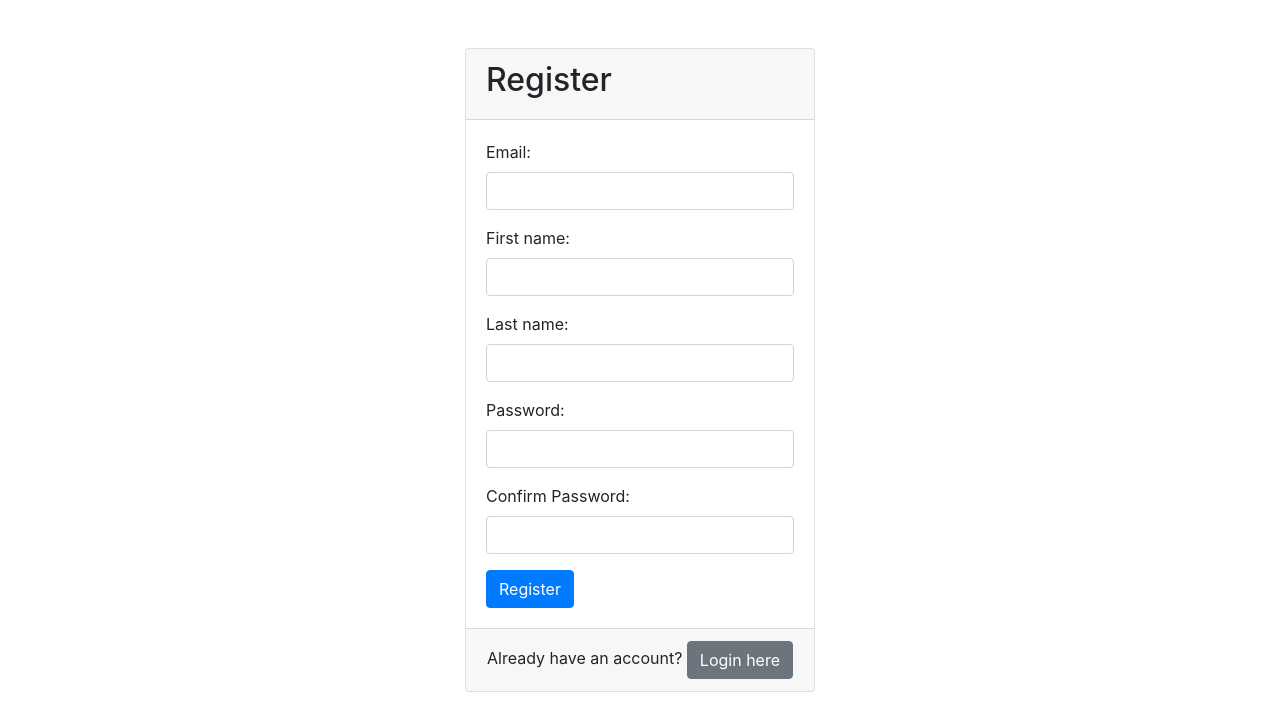
Repository: apps-eduard/TH_MONITORING_v1
Page: http://localhost/user_profile/register/
These files come from the project's save history. The page is drawn as it stood at one moment and after the next save; the edit follows.
The browser window is 1280 px wide. The pictures show the whole page.
Some web libraries are served in a nearby version. The page is served by the project's application, run on Django 5.2 (manage.py). Other server files are loaded and not shown.

Above is the page before, as saved 2024-03-26 13:43:06.

### user_profile/templates/user_profile/register.html
<!-- user_profile/register.html -->

{% extends 'base.html' %}

{% block content %}
<div class="container mt-5">
    <div class="row"> <!-- Add row class here -->
        <!-- Wrap form within a column div -->
        <div class="col-md-4 mx-auto">
            <!-- Bootstrap card container -->
            <div class="card">
                <!-- Card header (optional) -->
                <div class="card-header">
                    <h2>Register</h2>
                </div>
                <!-- Card body -->
                <div class="card-body">
                    <form method="post">
                        {% csrf_token %}
                        {{ form.as_p }}
                        <button type="submit" class="btn btn-primary">Register</button>
                    </form>
                </div>
                <!-- Card footer (optional) -->
                <div class="card-footer text-center">
                    Already have an account? <a href="{% url 'user_profile:login' %}" class="btn btn-secondary">Login here</a>
                </div>
            </div>
        </div>
    </div>
</div>
{% endblock %}





{% comment %} {% extends 'base.html' %}

{% block content %}
<div class="container">
    <h2>Register</h2>
    <form method="post">
        {% csrf_token %}
        {{ form.as_p }}
        <button type="submit" class="btn btn-primary">Register</button>
        <!-- Add a Cancel button/link -->
        <a href="{% url 'user_profile:login' %}" class="btn btn-secondary">Cancel</a>
    </form>
</div>
{% endblock %} {% endcomment %}

### templates/base.html
<!DOCTYPE html>
<html lang="en">
<head>
    <meta charset="UTF-8">
    <meta name="viewport" content="width=device-width, initial-scale=1.0">
    <title>{% block title %}Your Site{% endblock %}</title>
    <link href="https://stackpath.bootstrapcdn.com/bootstrap/4.5.2/css/bootstrap.min.css" rel="stylesheet">
</head>
<body>
    {% if show_navbar %}
    <!-- Navbar -->
    <nav class="navbar navbar-expand-lg navbar-light bg-light">
        <a class="navbar-brand" href="#">Project Name</a>
        <button class="navbar-toggler" type="button" data-toggle="collapse" data-target="#navbarNav" aria-controls="navbarNav" aria-expanded="false" aria-label="Toggle navigation">
            <span class="navbar-toggler-icon"></span>
        </button>
        <div class="collapse navbar-collapse" id="navbarNav">
            <ul class="navbar-nav ml-auto">
                {% if user.is_authenticated %}
                    <li class="nav-item dropdown">
                        <a class="nav-link dropdown-toggle" href="#" id="navbarDropdown" role="button" data-toggle="dropdown" aria-haspopup="true" aria-expanded="false">
                            {{ user.get_full_name|default:user.email }}
                        </a>
                        <div class="dropdown-menu" aria-labelledby="navbarDropdown">
                            <a class="dropdown-item" href="#">Profile</a>
                            <a class="dropdown-item" href="{% url 'user_profile:logout' %}">Logout</a>
                        </div>
                    </li>
                {% else %}
                    {% comment %} <li class="nav-item">
                        {% if user.is_authenticated %}
                        <a class="nav-link"  href="{% url 'user_profile:edit-profile' %}" onclick="console.log('User is authenticated')">Edit Profile</a>
                        {% else %}
                            <a class="nav-link"  href="{% url 'user_profile:edit-profile' %}" onclick="console.log('User is not authenticated')">Edit Profile</a>
                        {% endif %}
                    </li> {% endcomment %}
                    <li class="nav-item">
                        <a class="nav-link"  href="{% url 'user_profile:edit-profile' %}" onclick="console.log('User is not authenticated')">Edit Profile</a>
                    </li>
                    <li class="nav-item">
                        <a class="nav-link" href="{% url 'register' %}">Register</a>
                    </li>
                {% endif %}
            </ul>
        </div>
    </nav>
    {% endif %}

{% block content %}
{% endblock %}

<script src="https://code.jquery.com/jquery-3.5.1.slim.min.js"></script>
<script src="https://cdn.jsdelivr.net/npm/@popperjs/core@2.5.2/dist/umd/popper.min.js"></script>
<script src="https://stackpath.bootstrapcdn.com/bootstrap/4.5.2/js/bootstrap.min.js"></script>
</body>
</html>

### user_profile/forms.py
from django import forms
from django.contrib.auth.forms import UserCreationForm
from django.contrib.auth.forms import UserChangeForm
from django.contrib.auth import get_user_model
from .models import User

User = get_user_model()

# class UserRegistrationForm(UserCreationForm):
#     email = forms.EmailField()
#     first_name = forms.CharField(max_length=30)
#     last_name = forms.CharField(max_length=30)

#     class Meta:
#         model = User
#         fields = ['email', 'first_name', 'last_name', 'password1', 'password2']

class UserRegistrationForm(forms.ModelForm):
    password = forms.CharField(label='Password', widget=forms.PasswordInput(attrs={'class': 'form-control'}))
    password_confirm = forms.CharField(label='Confirm Password', widget=forms.PasswordInput(attrs={'class': 'form-control'}))

    class Meta:
        model = User
        fields = ['email', 'first_name', 'last_name', 'password']
        widgets = {
            'email': forms.EmailInput(attrs={'class': 'form-control'}),
            'first_name': forms.TextInput(attrs={'class': 'form-control'}),
            'last_name': forms.TextInput(attrs={'class': 'form-control'}),
        }

    def __init__(self, *args, **kwargs):
        super(UserRegistrationForm, self).__init__(*args, **kwargs)
        for field in self.fields:
            if field not in ('password', 'password_confirm'):  # These fields are already handled
                self.fields[field].widget.attrs.update({
                    'class': 'form-control'
                })

    def clean_password_confirm(self):
        password = self.cleaned_data.get('password')
        password_confirm = self.cleaned_data.get('password_confirm')
        if password and password_confirm and password != password_confirm:
            raise forms.ValidationError("Passwords don't match")
        return password_confirm

    def save(self, commit=True):
        user = super().save(commit=False)
        user.set_password(self.cleaned_data["password"])
        if commit:
            user.save()
        return user

class ProfileForm(UserChangeForm):
    class Meta:
        model = User
        fields = ['email', 'first_name', 'last_name']

class LoginForm(forms.Form):
    email = forms.EmailField(widget=forms.TextInput(attrs={'class': 'form-control', 'placeholder': 'Username', }) )
    password = forms.CharField(widget=forms.PasswordInput(attrs={'class': 'form-control', 'placeholder': 'Password', }))

### user_profile/models.py
from django.contrib.auth.models import AbstractBaseUser, BaseUserManager, PermissionsMixin
from django.db import models

class UserManager(BaseUserManager):
    def create_user(self, email, first_name, last_name, password=None, **extra_fields):
        if not email:
            raise ValueError('The Email field must be set')
        email = self.normalize_email(email)
        user = self.model(email=email, first_name=first_name, last_name=last_name, **extra_fields)
        user.set_password(password)
        user.save(using=self._db)
        return user

    def create_superuser(self, email, first_name, last_name, password=None, **extra_fields):
        extra_fields.setdefault('is_staff', True)
        extra_fields.setdefault('is_superuser', True)

        return self.create_user(email, first_name, last_name, password, **extra_fields)

class User(AbstractBaseUser, PermissionsMixin):
    email = models.EmailField(unique=True)
    first_name = models.CharField(max_length=30)
    last_name = models.CharField(max_length=30)
    is_active = models.BooleanField(default=True)
    is_staff = models.BooleanField(default=False)

    objects = UserManager()

    USERNAME_FIELD = 'email'
    REQUIRED_FIELDS = ['first_name', 'last_name']

    def __str__(self):
        return self.email

def get_full_name(self):
    """Return the first_name plus the last_name, with a space in between."""
    full_name = f"{self.first_name} {self.last_name}".strip()
    return full_name or self.email

### user_profile/views.py

from django.shortcuts import render, redirect
from django.contrib.auth import authenticate, login
from .forms import UserRegistrationForm, LoginForm
from django.contrib.auth.forms import AuthenticationForm
from django.urls import reverse
from django.contrib.auth import logout
from django.contrib import messages
from django.contrib.auth.decorators import login_required
from .forms import ProfileForm

# @login_required
def edit_profile_view(request):
    if request.method == 'POST':
        form = ProfileForm(request.POST, instance=request.user.profile)
        if form.is_valid():
            form.save()
            return redirect('user_profile:profile')  # Redirect to profile page after successful edit
    else:
        form = ProfileForm(instance=request.user.profile)

    return render(request, 'user_profile/edit_profile.html', {'form': form})


def register(request):
    if request.method == 'POST':
        form = UserRegistrationForm(request.POST)
        if form.is_valid():
            form.save()
            # Redirect to login page after successful registration
            return redirect('user_profile:login')  # Using redirect with the name of the login url pattern
    else:
        form = UserRegistrationForm()
    return render(request, 'user_profile/register.html', {'form': form, 'show_navbar': False})

def login_view(request):
    if request.method == 'POST':
        form = LoginForm(request.POST)
        if form.is_valid():
            user = authenticate(request, email=form.cleaned_data['email'], password=form.cleaned_data['password'])
            if user is not None:
                login(request, user)
            return redirect('th_monitoring:dashboard')
    else:
        form = LoginForm()
    return render(request, 'user_profile/login.html', {'form': form, 'show_navbar': False})

def register_view(request):
    if request.method == 'POST':
        form = UserRegistrationForm(request.POST)
        if form.is_valid():
            form.save()
            return redirect('user_profile:login')  # Redirect to login page after successful registration
    else:
        form = UserRegistrationForm()

    return render(request, 'user_profile/register.html', {'form': form})

def logout_view(request):
    logout(request)
    messages.add_message(request, messages.SUCCESS, 'You have successfully logged out.')
    return redirect('/user_profile/login/')

### core/urls.py
from django.contrib import admin
from django.urls import path, include
from user_profile.views import login_view

urlpatterns = [
    path('admin/', admin.site.urls),
    path('', login_view, name='login'),
    path('th_monitoring/', include('th_monitoring.urls', namespace='th_monitoring')),
    path('user_profile/', include(('user_profile.urls', 'user_profile'), namespace='user_profile')),


]

### th_monitoring/urls.py
# th_monitoring/urls.py

from django.urls import path
from . import views

app_name = 'th_monitoring'

urlpatterns = [
    path('', views.monitoring_dashboard, name='dashboard'),
]

### user_profile/urls.py
from django.urls import path
from .views import login_view, logout_view, register
from . import views   # Import the views module

app_name = 'user_profile'  # This is the namespace for the URLs in this app

urlpatterns = [
    path('login/', login_view, name='login'),
    path('register/', register, name='register'),
    path('logout/', logout_view, name='logout'),
    path('edit-profile/', views.edit_profile_view, name='edit_profile'),


]

After the next save:
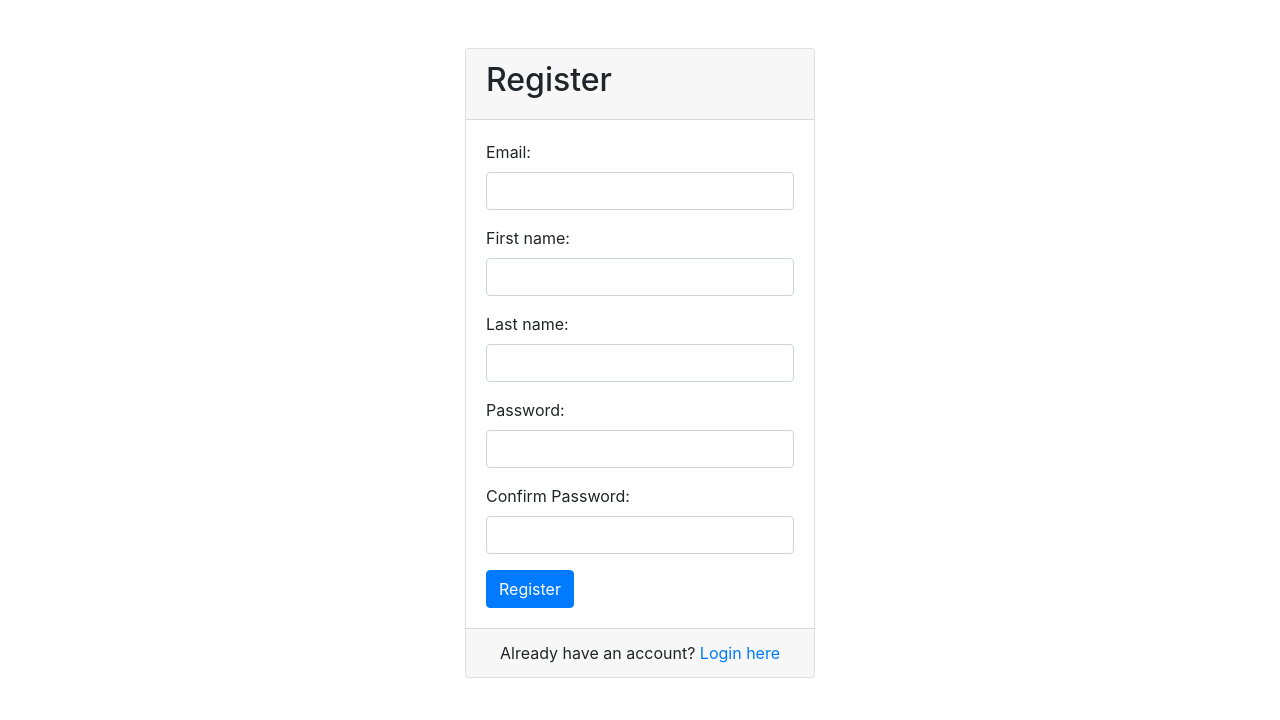
Saved 20 s later.
--- a/user_profile/templates/user_profile/register.html
+++ b/user_profile/templates/user_profile/register.html
@@ -23,7 +23,7 @@
                 </div>
                 <!-- Card footer (optional) -->
                 <div class="card-footer text-center">
-                    Already have an account? <a href="{% url 'user_profile:login' %}" class="btn btn-secondary">Login here</a>
+                    Already have an account? <a href="{% url 'user_profile:login' %}">Login here</a>
                 </div>
             </div>
         </div>
